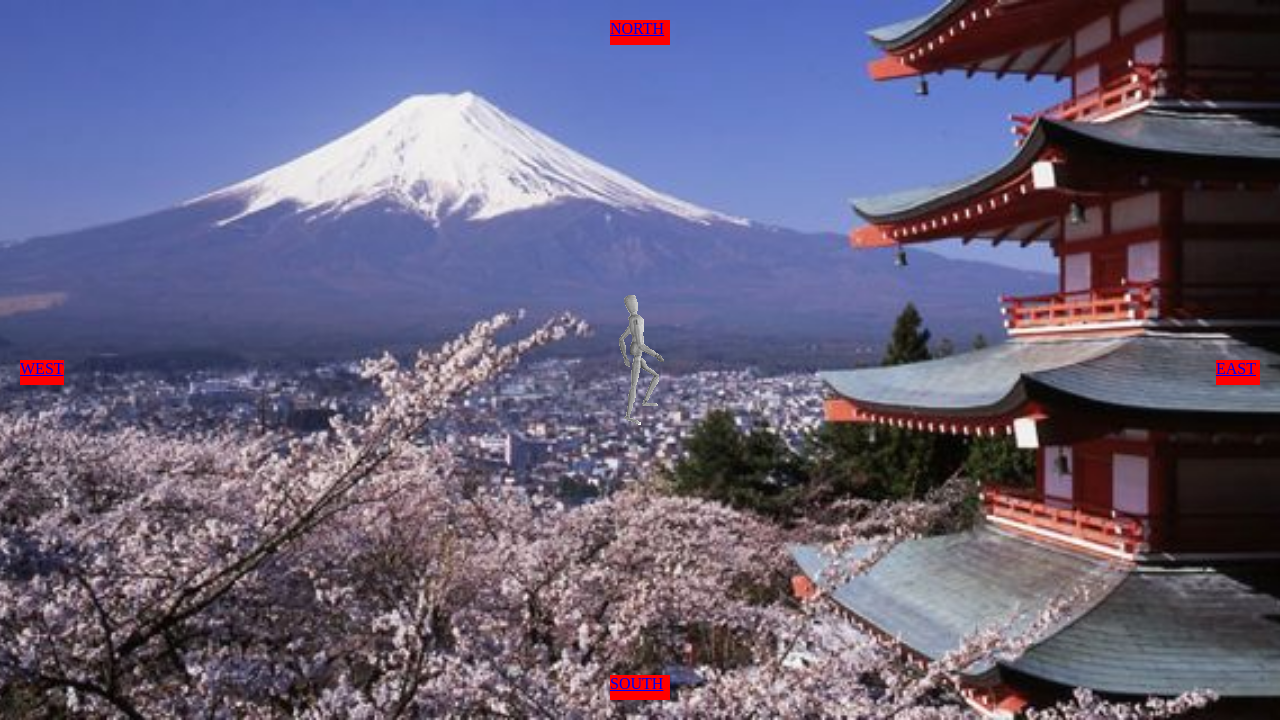
Repository: akihm683/akihm683.github.io
Page: map/japan/japan.html
The author's editor kept a record of every edit. The page is drawn from the files as they stood at one moment, then again after the next edit.
The browser window is 1280 px wide. The pictures show the whole page.

Above is the page before.

### map/japan/japan.html
<!DOCTYPE html>
<html>
    <head>
        <title>THE MAP</title>
        <link href="japan.css" rel="stylesheet">
            </head>
    <body>
       <div class="figure"><img src="map/figure.jpg"></div>
       <div class="north"><a href="../russia/russia.html">NORTH</a></div>
       <div class="south"><a href="philippines.html">SOUTH</a></div>
       <div class="east"><a href="unitedstates.html">EAST</a></div>
       <div class="west"><a href="southkorea.html">WEST</a></div>
    </body>


</html>

### map/japan/japan.css

body {
  background: url("japan.jpg") no-repeat center center fixed;
  -webkit-background-size: cover;
  -moz-background-size: cover;
  -o-background-size: cover;
  background-size: cover;
}

.figure {
    position:fixed;
    right:50%;
    top:50%;
    width:104px;
    height:164px;
    margin-top:-82px;
    margin-right:-52px;
}


.north {
  position: fixed;
  right: 50%;
  margin-right:-30px;
  top: 20px;
  width: 60px;
  height: 25px;
  background-color: red;
}


.south {
  position: fixed;
  right: 50%;
  margin-right:-30px;
  bottom: 20px;
  width: 60px;
  height: 25px;
  background-color: red;
}


.east {
	position: fixed;
	right: 20px;
	top: 50%;
	width: 44px;
	height: 25px;
	background-color: red;
}

.west {
  position: fixed;
  left: 20px;
  top: 50%;
  width: 44px;
  height: 25px;
  background-color: red;
}

After the next edit:
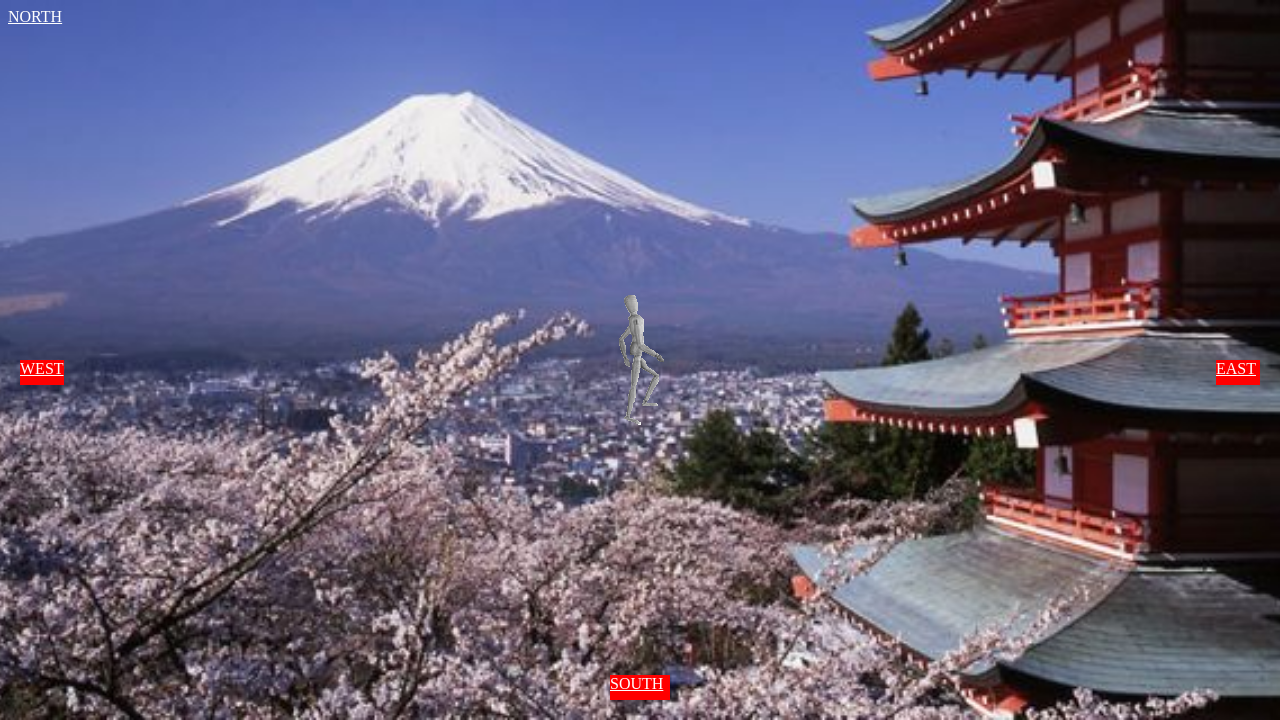
The edit:
--- a/map/japan/japan.css
+++ b/map/japan/japan.css
@@ -17,6 +17,10 @@
     margin-right:-52px;
 }
 
+a {
+ color:white;
+}
+}
 
 .north {
   position: fixed;
